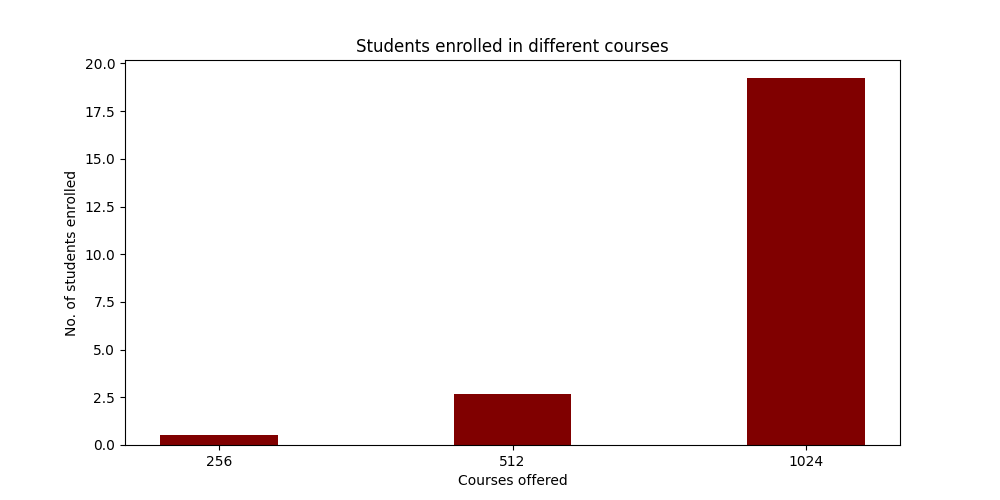
Repository: vishalsinghhh/DNA-cryptography-Project
Script's output: python DNA/Graphs.py
The author's editor kept a copy of each file at every save. The script's output is drawn from the files as they stood at one save, then again after a run of saves.
Random numbers start from a fixed seed.

Above is the script's output before, as saved 2023-04-11 03:37:23.

After the next 4 saves:
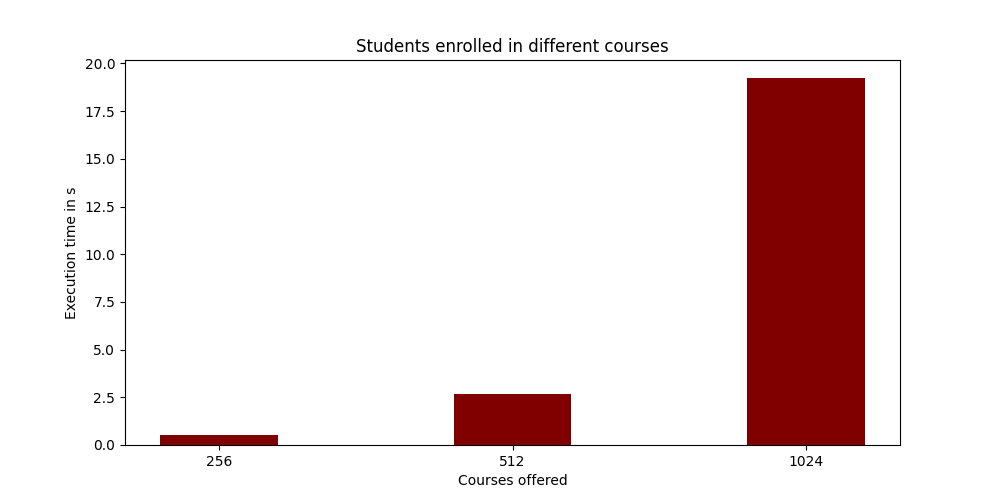
The 4 saves are shown as one change because they came seconds apart.
The last was saved 45 s later.
--- a/DNA/Graphs.py
+++ b/DNA/Graphs.py
@@ -14,6 +14,6 @@ plt.bar(courses, values, color ='maroon',
         width = 0.4)
 
 plt.xlabel("Courses offered")
-plt.ylabel("No. of students enrolled")
+plt.ylabel("Execution time in s")
 plt.title("Students enrolled in different courses")
 plt.show()
